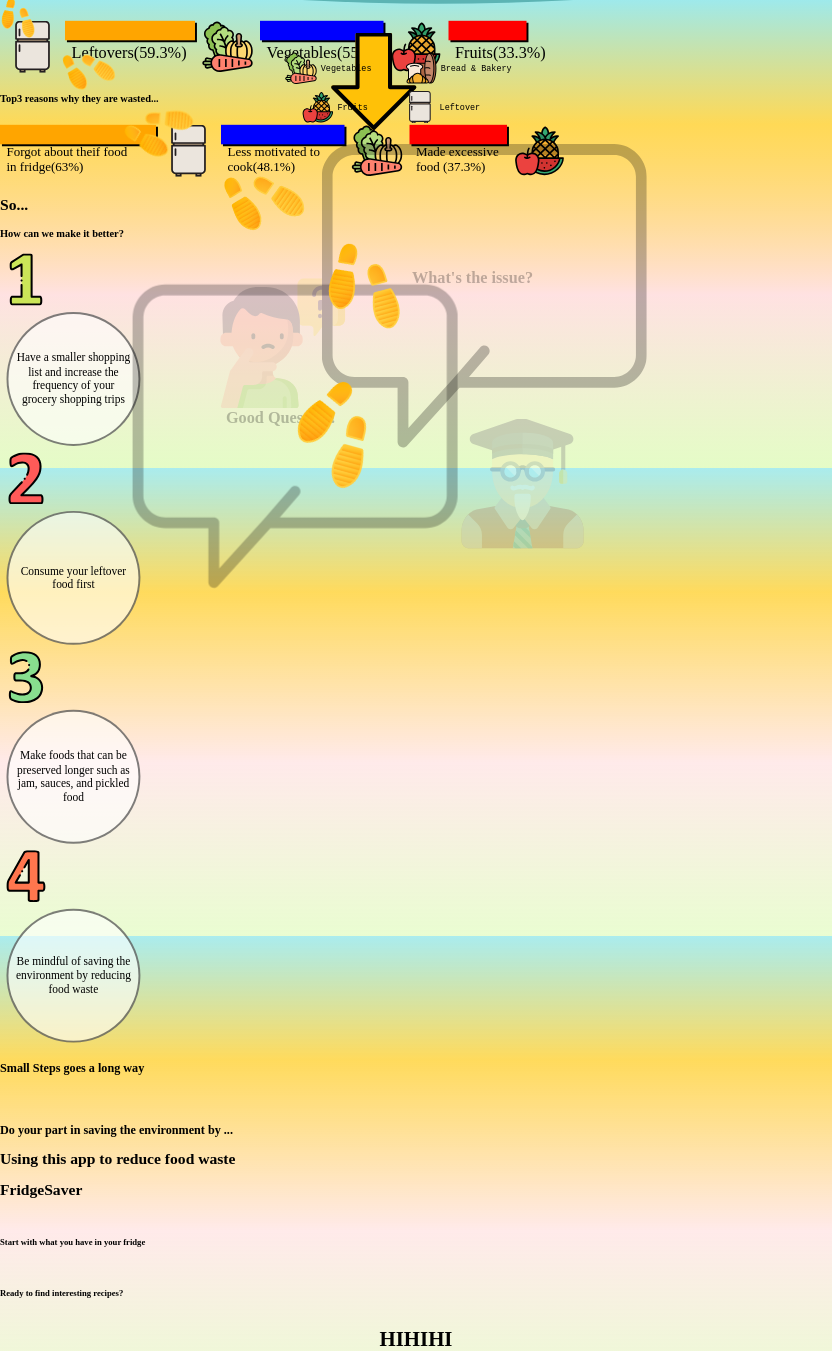
Repository: iorid3/Midterm
Page: index.html
The author's editor kept a copy of each file at every save. The page is drawn from the files as they stood at one save, then again after the next save.
The browser window is 1280 px wide. The pictures show the whole page, at 65% of full size.

Above is the page before, as saved 2021-03-09 11:13:02.

### index.html
<!DOCTYPE html>
<html>
    <head>
       <title>Mid term</title>
        <link href= "./index.css"  rel ="stylesheet" type = "text/css" >
    </head>
<body>
   <div id = "main">

        <div class = "section1">
            <div><h1> How Food Waste Impacts Our World</h1></div>
            <div><img src ="./Images/earth crying.svg"/></div>
            <div class = "comp1"></div>
            <div class = "comp2"></div>
            <div class = "comp5"></div>
        </div>

        <div class = "section2">
            <div><h2>DId you know that...</h2></div>
            <div class ="comp3_1"></div>
            <div class ="comp3_2"></div>
            <div class ="comp3_3"></div>
            <div class ="comp3_4"></div>
            <div class = "comp1"></div>

            <div class = "flag"><img src = ""></div>
            <div><h3>Most Common Foods Thrown out by Canadians</h3></div>
               <div class = "container1">
                    <div class ="comp4_1"></div>
                    <div class ="comp4_2"></div>
                    <div class ="comp4_3"></div>
                    <div class ="comp4_4"></div>
                </div>

            <div class = "comp5"></div>
            <div><h3>In Canada, entirely, that is almost 2.2 million tonnes of food wasted</h3></div>
            <div><img src = ""></div>
        </div>

        <div class = "section3">
            <div><h2>How does food waste contribute to carbon foodprint?</h2></div>
            <div><img src = ""></div>

            <div class = "comp6"></div>
            <div class = "comp6"></div>
            <div class = "comp6"></div>
            <div class = "comp6"></div>

                <div class = "container2">
                    <div><img src = ""></div>
                    <div><img src = ""></div>
                    <div><img src = ""></div>
                </div>

            <div class = "comp6"></div>


        </div>


        <div class = "section4">
            <div class = "container3">
               <div><img src = ""></div>
               <div><h3>Survey Results</h3></div>
               <div>Out of 27 responses...</div>
            </div>


            <div class ="comp2"></div>
            <div><h4>Top3 foods that are wasted...</h4></div>
            <div class = "container4">
                <div class = "comp7"></div>
                <div class = "comp7"></div>
                <div class = "comp7"></div>
            </div>

            <div><h4>Top3 reasons why they are wasted...</h4></div>
            <div class = "container5">
                <div class = "comp8"></div>
                <div class = "comp8"></div>
                <div class = "comp8"></div>
            </div>



            <div><h2>So...</h2></div>

            <div><h4>How can we make it better?</h4></div>
            <div class = "container6">
                <div class ="comp9"></div>
                <div class ="comp9"></div>
                <div class ="comp9"></div>
                <div class ="comp9"></div>
            </div>
        </div>

        <div class = "section5">

            <div><h3>Small Steps goes a long way</h3></div>
            <div class = "comp10"></div>
            <div class = "comp10"></div>
            <div class = "comp10"></div>
            <div class = "comp10"></div>
            <div class = "comp10"></div>
            <div class = "comp10"></div>

            <div><img src = ""></div>
            <div><img src = ""></div>

            <div class = "comp5"></div>
            <div><h3>Do your part in saving the environment by ...</h3></div>
            <div><h2>Using this app to reduce food waste</h2></div>
            <div><h2>FridgeSaver</h2></div>
            <div><img src =""></div>
            <div class = "comp5"></div>
            <div><h5>Start with what you have in your fridge</h5></div>

            <div><img src =""></div>
            <div><h5>Ready to find interesting recipes?</h5></div>



        </div>

    <h1>HIHIHI</h1>



       <!-- <div class = "col left">
           <div class = "row top">
               <div class = "shake"></div>
           </div>
           <div class = "row mid">
               <div class = "rank1"></div>
               <div class = "rank2"></div>
           </div> -->
    </div>

<script src = ./Comps/comp1/index.js></script>
<script src = ./Comps/comp2/index.js></script>
<script src = ./Comps/comp3/index.js></script>
<script src = ./Comps/comp4/index.js></script>
<script src = ./Comps/comp5/index.js></script>
<script src = ./Comps/comp6/index.js></script>
<script src = ./Comps/comp7/index.js></script>
<script src = ./Comps/comp8/index.js></script>
<script src = ./Comps/comp9/index.js></script>
<script src = ./Comps/comp10/index.js></script>

<script src = ./index.js></script>
</body>
</html>

### index.css
html,body{
    margin:0;
    background: linear-gradient(180deg, rgba(156, 233, 235, 0.86) 0%, rgba(255, 217, 86, 0.96) 26.56%, rgba(255, 220, 220, 0.6) 63.02%, rgba(227, 252, 195, 0.76) 100%);
    mix-blend-mode: normal;
}
#main{
    width:100vw;
    height:100vh;
    display:flex;
    flex-direction: column;
    align-items: center;
    justify-content: center;
}

.section1{
    width: 100%;
    height:20%;
}

.section2{
    width: 100%;
    flex-grow:1;
}

.section3{
    width: 100%;
    flex-grow:1;
}

.section4{
    width: 100%;
    flex-grow:2;
}


.section5{
    width: 100%;
    flex-grow:2;
}

### Comps/comp1/index.js
function Comp1UI(url="Images/confusion.png", size ="10px", font= "Poppins", text="text"){
    return `<div style='
            width: 100vw;
            height: 30vh;
            display: inline-flex;
            justify-content: center;
            align-items: center;
            transition: opacity 1s;
            opacity: 0.25;
        '
        onclick='Comp1UI.HandleClick(this)'
        >

        <img style='
            display: inline-flex;
            width: 200px;
            position: relative;
            left: 140px;
            top: 60px;
        'src="${url}" />

        <div>
            <img style='
                display: inline-flex;
                position: relative;
                width: 500px;
                left: 100px;
                bottom: 10px;
            'src="Images/chat.svg" />

            <div style='
                display: inline-flex;
                position: relative;
                bottom: 280px;
                right: 265px;
                font-size: ${size};
                font-weight: bold;
                font-family: ${font};
            '> ${text}</div>
        </div>
    </div>`
}

Comp1UI.HandleClick = (el) => {
    el.style.opacity = 1;
}

### Comps/comp2/index.js
function Comp2UI(url="Images/confusion.png", size ="10px", font= "Poppins", text="text"){
    return `<div style='
        width: 100vw;
        height: 30vh;
        display: inline-flex;
        justify-content: center;
        align-items: center;
        transition: opacity 1s;
        opacity: 0.25;
    '
    onclick='Comp1UI.HandleClick(this)'
    >

        <img style='
            display: inline-flex;
            width: 200px;
            position: relative;
            left: 500px;
            top:60px;
        ' src="${url}"/>

        <div>
            <img style='
                display: inline-flex;
                position: relative;
                width: 500px;
                right: 200px;
                bottom: 10px;
                transform: rotateY(180deg)
            ' src="Images/chat2.svg" />

            <div style='
                display: inline-flex;
                position: relative;
                bottom: 280px;
                right: 560px;
                font-size: ${size};
                font-weight: bold;
                font-family: ${font};
            ' >${text}</div>
        </div>
    </div>`
}

Comp2UI.HandleClick = (el) => {
    el.style.opacity = 1;
}

### Comps/comp3/index.js
function Comp3UI(Text='Average Canadian wastes 140kg of food in a year', url='https://placekitten.com/400/400') {
    return `
        <div style='
            display: inline-flex;
            align-items: center;
            justify-content: center;

            transition-property: transform;
            transition-duration: 1s;
            transition-timing-function: ease-in-out;
            transition-delay: 1s;

        '>
            <div style='
                flex-basis: 200px;
                text-align: center;
                padding-right: 10px;
                font-family: monospace;


            '
            >${Text}</div>

            <div style='
                width: 100px;
                height: 100px;
            '
            // onclick='Comp3UI.HandleClick(this)'
            >
                <img  style='
                    width: 100%;
                    height: 100%;
                    object-fit: cover;
                '
                src='${url}' />
        </div>
    `
}

// Comp3UI.HandleClick = (el) => {
//     el.style.top = "110%";
// }


// export const Comp3 = Comp3UI();

### Comps/comp4/index.js
function Comp4UI(url='https://placekitten.com/300/300',text='Bread & Bakery',x='0',y='0') {
    return `
        <div style='
            display: flex;
            flex-direction: row;
            align-item: center;
            justify-content: center;
            width: 250px;
            height: 50px;
            margin: 10px;
            position: absolute;
            top: ${x}px;
            left: ${y}px;

            animation-name: bouncing;
            animation-duration: 1.5s;
            animation-direction: alternate;
            animation-iteration-count: infinite;
            animation-delay: 2s;



        '
        >
            <div style='
                width: 50px;
                height: 50px;
            '>
                <img style='
                    width: 100%;
                    height: 100%;
                    object-fit: cover;
                '
                src='${url}' />
            </div>
            <div style='
            font-family: monospace;
            text-align: center;
            padding-top: 18px;
            padding-left: 5px;
            '
            >${text}</div>
        </div>
    `
}




// export const Comp4 = Comp4UI();

### Comps/comp5/index.js
function Comp5UI(x='0', y='0', url='https://placekitten.com/300/300') {
    return `
        <div style='
            width: 150px;
            height: 150px;
            position: absolute;
            top: ${x}px;
            left: ${y}px;

        '
        >
            <img style='
                width: 100%;
                height: 100%;
                object-fit: cover;

                animation-name: bounce;
                animation-duration: 1s;
                animation-direction: alternate;
                animation-iteration-count: infinite;

            '
            src='${url}' />


        </div>

    `
}

// export const Comp5 = Comp5UI();

### Comps/comp6/index.js
function Carboncomp(text =" 7% of greenhouse gases produced globally are due to preventable food waste", url= "images/factory.svg"){
    return `<div style = "
                          display:inline-flex;
                          ">
                         <div style = "display:flex;
                         padding:10px;">
                         <img style ="
                          width:100px;
                          height:100px;
                         " src  = "${url}"></div>
                         <div style ="
                         display:flex;
                         padding:10px;"><p>${text}</p></div>

            </div>`

}

### Comps/comp7/index.js
function Graphcomp(url ="images/vegetable.svg",text ="Leftovers(59.3%)",color ="pink",width ="200px" ){
    return `<div style = "
                          display:inline-flex;
                          align-items:flex-start;
                          justify-content:flex-start;
                          ">
                            <div style = "display:flex;
                            padding:10px;
                            width:80px;
                            height:80px;
                            ">
                            <img src  = "${url}"></div>
                            <div class = "graph"
                            style ="
                            width:${width};
                            height:30px;
                            margin-top:10px;
                            background-color:${color};
                            box-shadow: 3px 3px ;
                            transition:background-color,1s,box-shadow, 1s;"
                            onmouseover = "Graphcomp.HandleMouseover(this)">
                            <div style ="
                            display:flex;
                            padding:10px;
                            font-size:25px;"><p>${text}</p></div>
                            </div>



            </div>`


}

Graphcomp.HandleMouseover = (el)=>{
   el.style.boxShadow = "8px 8px";
//    el.style.width = "400px";
 }

### Comps/comp8/index.js
function Graphcomp2(url ="images/vegetable.svg",text ="Leftovers(59.3%)",color ="pink",width ="200px" ){
    return `<div style = "
                          display:inline-flex;
                          flex-direction:row;
                          justify-content:center;
                          ">
                            <div class = "graph"
                            style ="
                            display:flex;
                            width:${width};
                            height:30px;
                            margin-top:10px;
                            background-color:${color};
                            box-shadow: 3px 3px ;
                            transition:background-color,1s,box-shadow, 1s;"
                            onmouseover = "Graphcomp2.HandleMouseover(this)">
                            <div style ="
                            display:flex;
                            width:200px;
                            padding:10px;
                            font-size:20px;"><p>${text}</p></div>
                            </div>
                            <div style = "display:flex;
                            padding:10px;
                            width:80px;
                            height:80px;
                            ">
                            <img src  = "${url}"></div>




            </div>`


}

Graphcomp2.HandleMouseover = (el)=>{
//    el.style.backgroundColor  = "blue";
   el.style.boxShadow = "8px 8px";
//    el.style.width = "400px";
 }

### Comps/comp9/index.js
function Comp9UI(url="Images/1.svg", text="4 Ways to Make it Better") {
    return `
        <img style='
            width: 80px;
            height: 80px;
            transition: width 0.2s;
            transition-timing-function: ease-in-out;
            display: flex;
        justify-content: center;
        align-items: center;
        flex-wrap: wrap;
        '

        onmouseover='Comp9UI.HandleImageHover(this)'
        onmouseout='Comp9UI.HandleImageHoverOut(this)'

        src="${url}"/>

        <div style='
            width: 180px;
            height: 180px;
            margin: 10px;
            padding: 10px;
            background-color: rgba(255, 255, 255, 0.6);
            border: 3px solid rgba(0, 0, 0, 0.5);
            border-radius: 50%;
            display: flex;
            justify-content: center;
            align-items: center;
            font-size: 1.1em;
            line-height: 1.2em;
            text-align: center;
            transition: width 0.2s;
            transition-timing-function: ease-in-out;
        '
            onmouseover='Comp9UI.HandleHover(this)'
            onmouseout='Comp9UI.HandleHoverOut(this)'

        >${text}</div>

    `
}

Comp9UI.HandleImageHover = (el) => {
    el.style.width = "120px";
    el.style.height = "120px";
}

Comp9UI.HandleImageHoverOut = (el) => {
    el.style.width = "80px";
    el.style.height = "80px";
}

Comp9UI.HandleHover = (el) => {
    el.style.color = "#2E8B57";
    // el.style.width = "210px";
    // el.style.height = "210px";
    // el.style.fontSize = "1.4em";
}

Comp9UI.HandleHoverOut = (el) => {
    el.style.color = "#000000";
    // el.style.width = "180px";
    // el.style.height = "180px";
    // el.style.fontSize = "1.1em";
}
// export const comp9 = Comp9UI();

### Comps/comp10/index.js
function Comp10UI(w="55px", tdeg="120deg", top="0px", left="0px", anidelay="1s") {
    return `
    <img style='
        width: ${w};
        transform: rotate(${tdeg});
        position: absolute;
        top: ${top};
        left: ${left};

        animation-name: footsteps;
        animation-duration: 4s;
        animation-delay: ${anidelay};
        animation-iteration-count: infinite;

    'src="Images/footstep.png"/>

    `
}

// export const comp10 = Comp10UI();

Loaded but not shown: index.js (41 lines, source omitted)

After the next save:
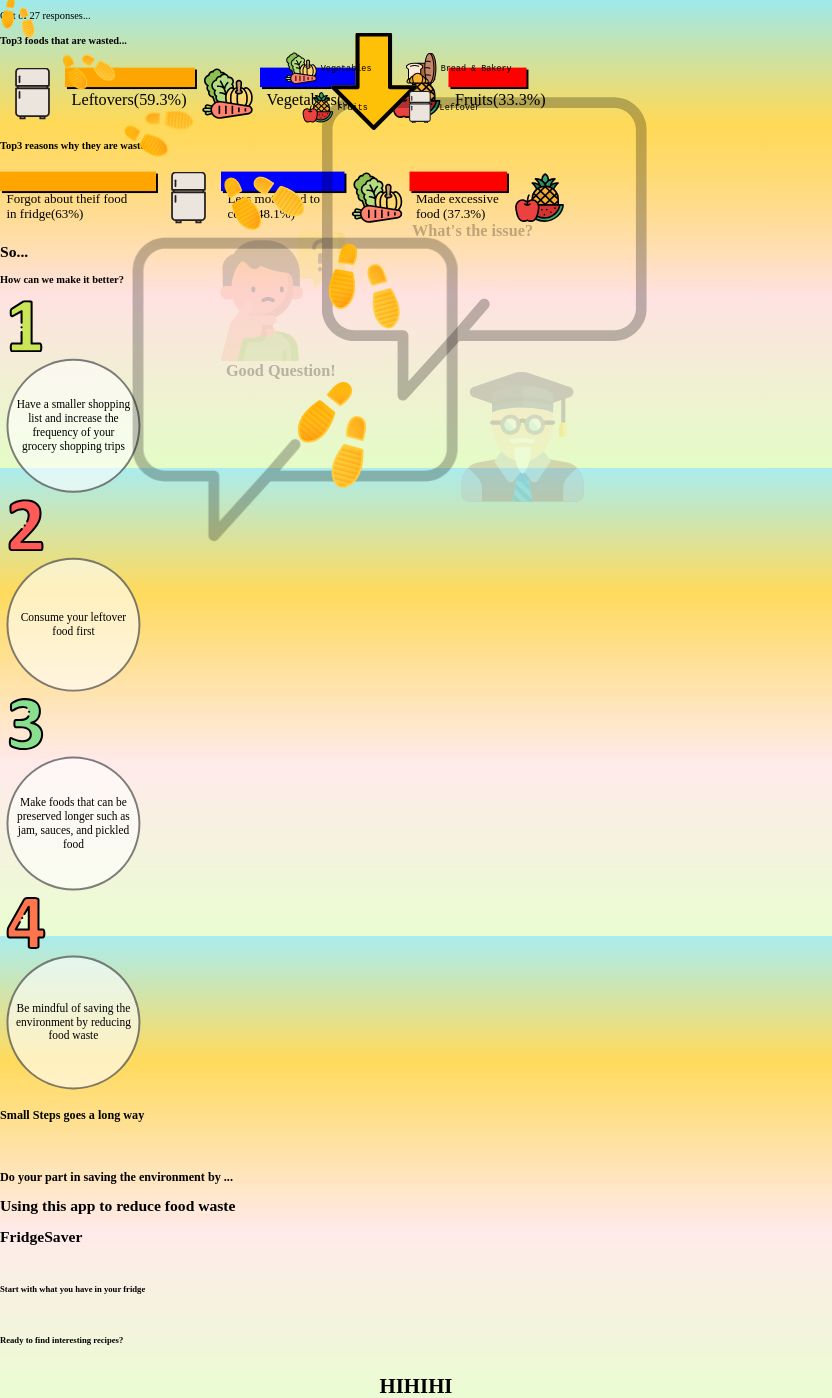
Saved 7 s later.
--- a/index.css
+++ b/index.css
@@ -14,7 +14,7 @@
 
 .section1{
     width: 100%;
-    height:20%;
+    height:40%;
 }
 
 .section2{

After the save that followed:
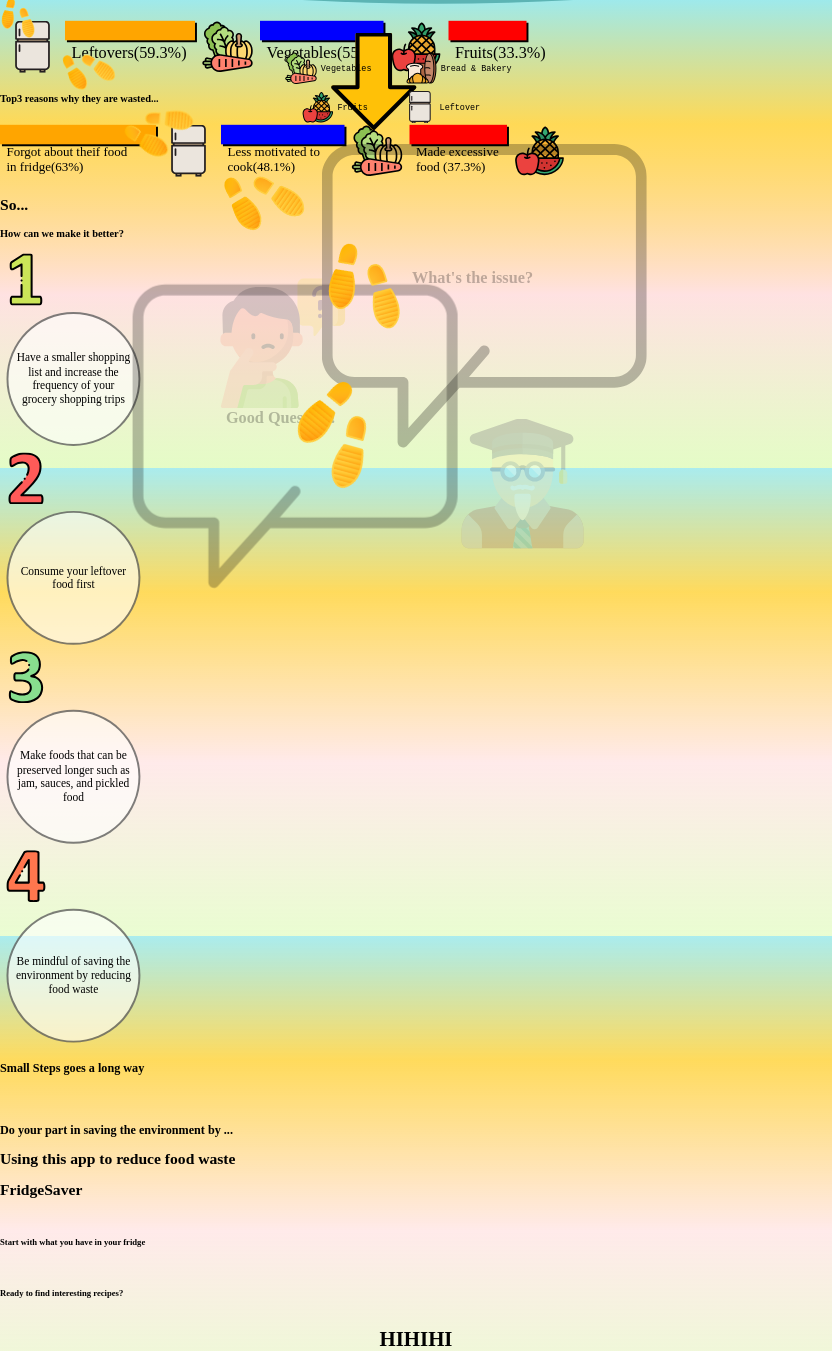
Saved 8 s later.
--- a/index.css
+++ b/index.css
@@ -14,7 +14,7 @@
 
 .section1{
     width: 100%;
-    height:40%;
+    height:20%;
 }
 
 .section2{
